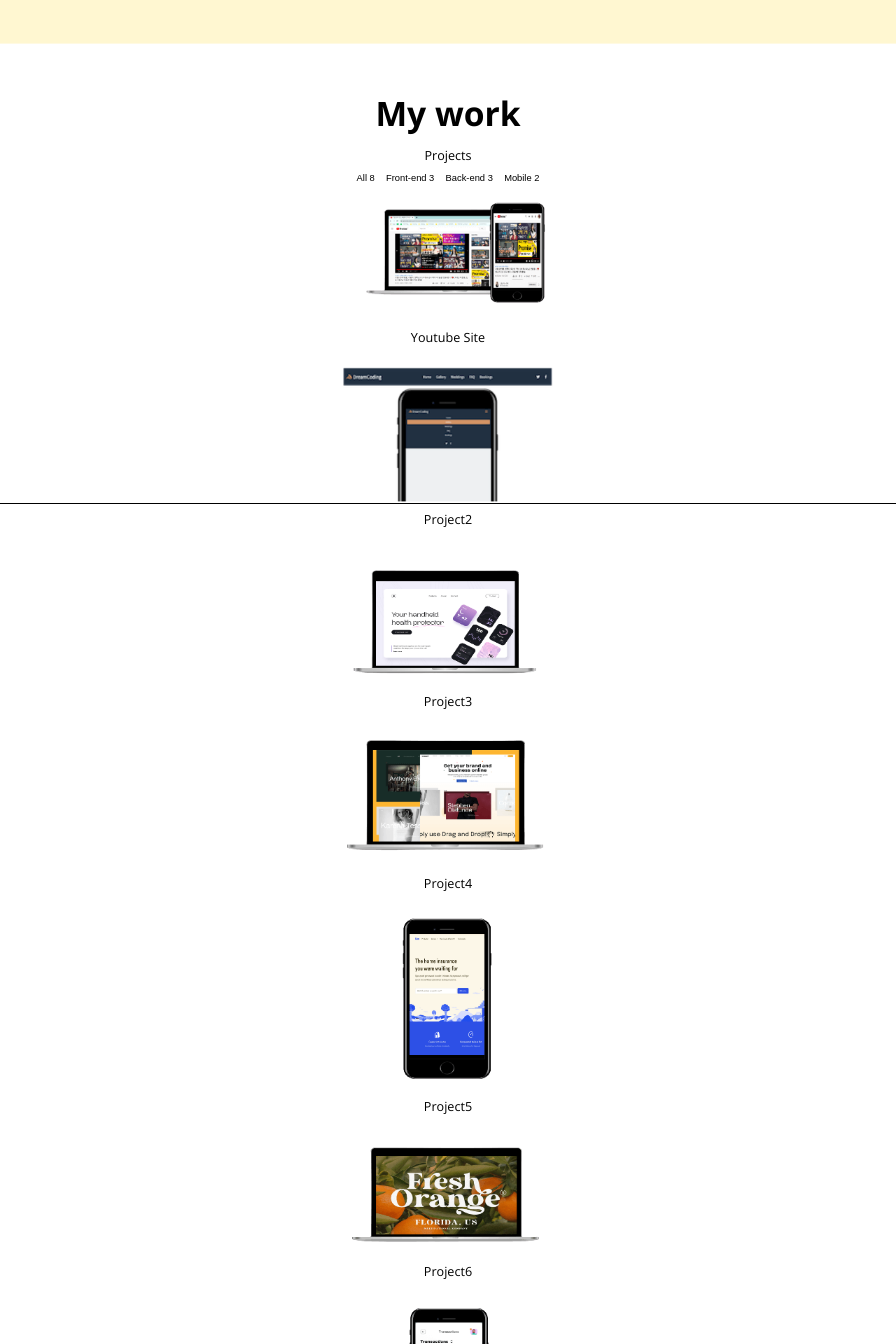
Repository: dhchun1203/Portfolio
Page: index.html
An editor plug-in stored every save of this project. The page is shown before and after the next save, followed by the edit.
The browser window is 1280 px wide. The pictures show the part of the page from y = 2185 to 4105 px (the page is 6050 px tall before and 4477 px after), at 70% of full size.
Some web libraries are served in a nearby version.

Above is the page before, as saved 2020-12-08 13:24:37.

After the next save:
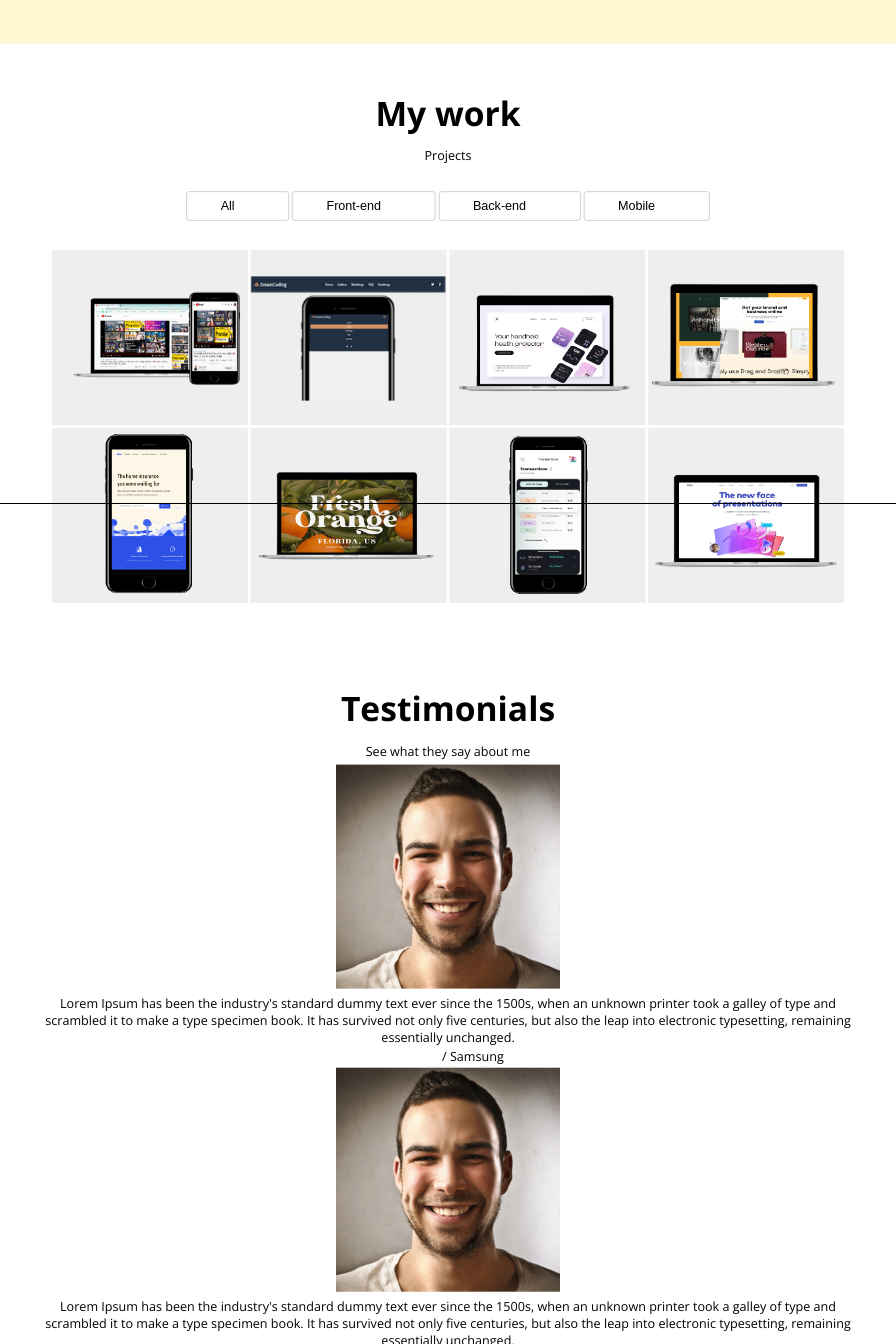
Saved 95 s later.
--- a/style.css
+++ b/style.css
@@ -250,13 +250,111 @@
 .skillset__right {
 	flex-basis: 40%;
 }
+.tools {
+	background-color: var(--color-grey);
+}
 .tools,
 .etc {
 	padding: 20px;
 }
-.tools {
-	background-color: var(--color-grey);
-}
 .etc {
 	background-color: var(--color-light-grey);
 }
+/* Work */
+
+.work__categories {
+	margin: 40px;
+}
+
+.category__btn {
+	border: 1px solid var(--color-dark-white);
+	border-radius: var(--size-border-radius);
+	font-size: var(--font-regular);
+	padding: 8px 48px;
+}
+
+.category__btn.active,
+.category__btn:hover {
+	background-color: var(--color-pink);
+	color: var(--color-white);
+}
+
+.category__btn.active .category__count,
+.category__btn:hover .category__count {
+	opacity: 1;
+	top: 0;
+}
+
+.category__count {
+	background-color: var(--color-orange);
+	border-radius: 50%;
+	color: var(--color-white);
+	width: 24px;
+	height: 24px;
+	line-height: 24px;
+	display: inline-block;
+	position: relative;
+	top: -20px;
+	left: 4px;
+	opacity: 0;
+	transition: all var(--animation-duration) ease-in;
+}
+
+.work__projects {
+	display: flex;
+	flex-wrap: wrap;
+	justify-content: center;
+}
+
+.project {
+	position: relative;
+	display: flex;
+	justify-content: center;
+	align-items: center;
+	width: 280px;
+	height: 250px;
+	margin: 2px;
+	background-color: var(--color-light-white);
+}
+
+.project__img {
+	max-width: 100%;
+	max-height: 100%;
+	align-self: center;
+}
+
+.project__description {
+	position: absolute;
+	background-color: black;
+	display: flex;
+	flex-direction: column;
+	justify-content: center;
+	width: 100%;
+	height: 100%;
+	top: 0;
+	left: 0;
+	opacity: 0;
+	transform: translateY(10px);
+	transition: all var(--animation-duration) ease-in;
+}
+
+.project:hover .project__description {
+	opacity: 0.8;
+	transform: translateY(0px);
+}
+
+.project__description h3 {
+	color: var(--color-white);
+}
+
+.project__description h3:after {
+	content: "";
+	display: block;
+	position: relative;
+	left: 50%;
+	width: 25px;
+	height: 2px;
+	margin-left: -12px;
+	margin-top: 8px;
+	background-color: var(--color-dark-white);
+}
